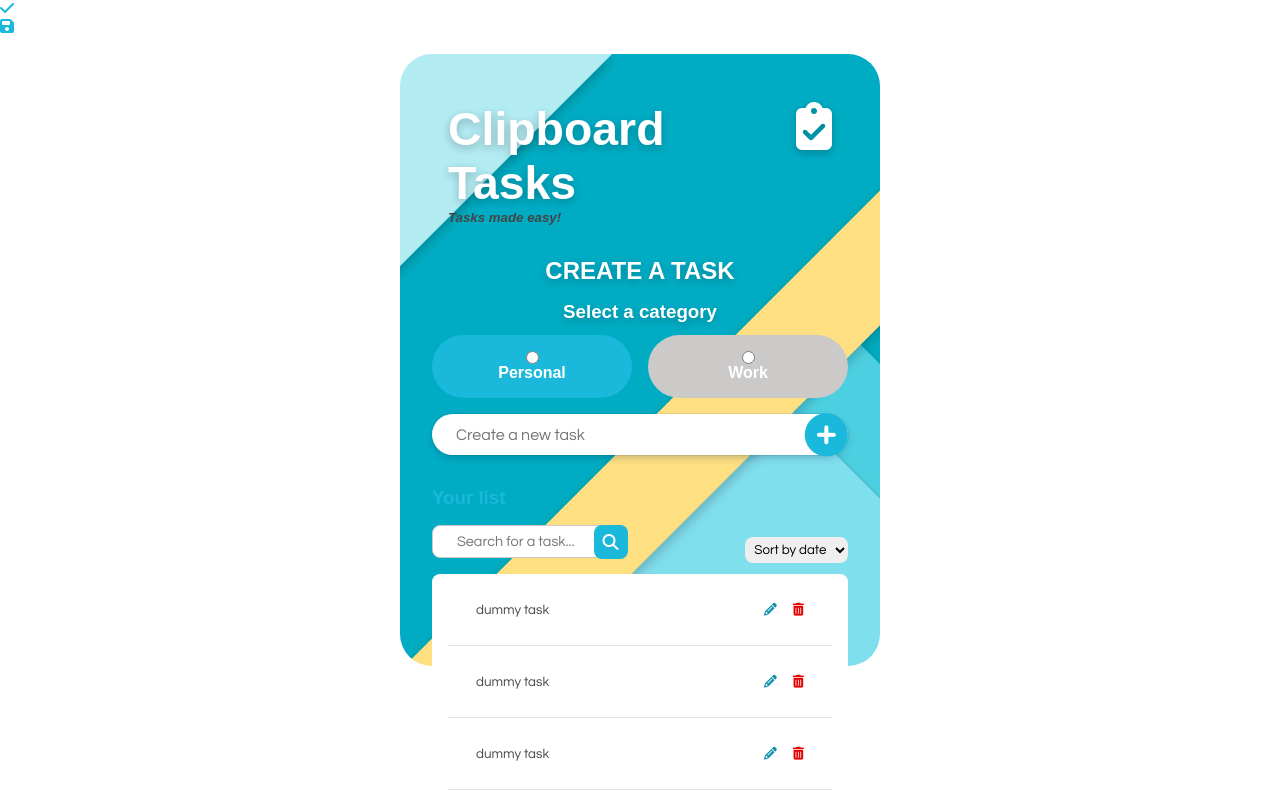
Repository: WesleyErasmus/Todo-App
Page: todoApp.html
These files come from the project's save history. The page is drawn as it stood at one moment and after the next save; the edit follows.
The browser window is 1280 px wide. The pictures show the whole page.
Some web fonts or font styles are not loaded; a fallback is used. Some web libraries are served in a nearby version.

Above is the page before, as saved 2022-06-12 16:14:43.

### todoApp.html
<!DOCTYPE html>
<html lang="en">
<head>
    <meta charset="UTF-8">
    <meta http-equiv="X-UA-Compatible" content="IE=edge">
    <meta name="viewport" content="width=device-width, initial-scale=1.0">
    <title>Todo App</title>
    <script src="https://kit.fontawesome.com/81ea498f91.js" crossorigin="anonymous"></script>
    <link rel="stylesheet" href="/source/css/todoApp.css">
    <script src="/source/script/todoApp.js" defer></script>
</head>
<body>
    <!-- App wrapper -->
    <main class="app-wrapper">
        <!-- App header -->
        <header>
            <div>
            <h1 class="slogan">Clipboard Tasks</h1>
            <h5 class="slogan-2"><em>Tasks made easy!</em></h5>
            </div>
            <div id="jumbotron-logo"><i class="fa-solid fa-clipboard-check fa-3x"></i></div>
        </header>

        <h2 id="create-task-heading">CREATE A TASK</h2>

        <!-- Categories section -->
        <section>
        <form id="todo-list-form">
            <h3 class="category-heading">Select a category</h3>
            <div class="category-selectors">
                <!-- Personal category (make to assign as default, unless user selects work category) -->
                <label id="personal-label-btn">
                    <input type="radio" name="category" value="Personal" id="personal-category" />
                    <div>Personal</div>
                </label>
                <!-- Work category -->
                <label id="work-label-btn">
                    <input type="radio" name="category" value="Work" id="work-category" />
                    <div>Work</div>
                </label>
            </div> <!-- End of radio categories div -->
            <div class="create-submit">
            <input type="text" name="create-task" id="create-task" placeholder="Create a new task" />
            <button id="task-submit-btn" type="submit" value="create-new-task">
                <i class="fa-solid fa-circle-plus"></i>
            </button>
        </div>
        </form>
        </section>

        <!-- Task list is created here, new tasks are outputted below -->
        <section class="todo-list-output">
            <div id="list-header">
            <h3>Your list</h3>
            </div>
            <!-- SEARCH BAR -->
            <div id="search-filter-section">
                <form id="search-bar">
                <input type="text"
                id="search-bar"
                placeholder="Search for a task...">
                <button type="submit"><i class="fa fa-search"
                id="search-submit-btn"></i></button>
                </form>
                <!-- Classic filter dropdown -->
                <div>
                    <select name="filter" id="filter">
                    <option value="Date">Sort by date</option>
                    <option value="Name">Sort by title</option>
                    </select>
                    <!-- <i class="fa-solid fa-arrow-down-wide-short"></i> -->
                </div>

                </div>
            <!-- Actual task list output -->
            <div class="tasks" id="tasks">

                <div class="dummy-task">

                    <div class="task-name">
                        <input type="text"
                        class="text"
                        value="dummy task"
                        readonly>
                        <div class="edit-delete">
                            <button class="edit"><i class="fa-solid fa-pencil"></i></button>
                            <button class="delete"><i class="fa fa-trash" aria-hidden="true"></i></button>
                        </div>
                    </div>
                </div>

                <div class="dummy-task">

                    <div class="task-name">
                        <input type="text"
                        class="text"
                        value="dummy task"
                        readonly>
                        <div class="edit-delete">
                            <button class="edit"><i class="fa-solid fa-pencil"></i></button>
                            <button class="delete"><i class="fa fa-trash" aria-hidden="true"></i></button>
                        </div>
                    </div>
                </div>

                <div class="dummy-task">

                    <div class="task-name">
                        <input type="text"
                        class="text"
                        value="dummy task"
                        readonly>
                        <div class="edit-delete">
                            <button class="edit"><i class="fa-solid fa-pencil"></i></button>
                            <button class="delete"><i class="fa fa-trash" aria-hidden="true"></i></button>
                        </div>
                    </div>
                </div>

            </div>

        </section>

    </main> <!-- End of App wrapper -->
        <!-- Save icon and task complete icon -->
                <li><i class="fa-solid fa-check"></i></li>
                <li><i class="fa-solid fa-floppy-disk"></i></li>

</body>
</html>

### source/css/todoApp.css
@import url('https://fonts.googleapis.com/css2?family=Lexend+Tera:wght@100&family=Questrial&display=swap');


/* CSS Variables */
:root {
    --background-color: #fff;
    --primary: #1AB8DB;
    --secondary: #1593AF;
    --delete: #E50000;
    --grey: #ccc9c9;
    --dark-grey: #444444;

    --text-shadows: text-shadow: rgba(0, 0, 0, 0.24) 0px 3px 8px;
    --box-shadows: box-shadow: rgba(9, 30, 66, 0.25) 0px 4px 8px -2px, rgba(9, 30, 66, 0.08) 0px 0px 0px 1px;

    /* add linear gradients */
}

/* Universal selector styling */
* {
    box-sizing: border-box;
    margin: 0;
    padding: 0;
    font-family: 'Lexend Tera', sans-serif;
    list-style: none;
}

/* Below will remove input and checkbox default styling */
input:not([type="radio"]):not([type="checkbox"]), button {
	appearance: none;
	border: none;
	outline: none;
	background: none;
	cursor: initial;
}

/* *** UNIVERSAL BUTTON STYLING *** */
button {
	appearance: none;
	border: none;
	outline: none;
	background: none;
	cursor: initial;
    cursor: pointer;
}

body {
    background-color: var(--background-color);
    color: var(--primary);
}

main {
    padding-top: 2rem;
    background-color: var(--secondary);
    background-image: url(/images/bg-1.jpg);
    background-size: cover;
    background-position: center;
    background-repeat: no-repeat;
    border-radius: 2rem;
    padding-left: 2rem;
    padding-right: 2rem;
    flex: 1 1 0%;
    align-items: center;
    justify-content: center;
    max-width: 480px;
    height: 85vh;
    width: 100%;
    position: absolute;
    top: 50%;
    left: 50%;
    margin-right: -50%;
    transform: translate(-50%, -50%)
}

section {
    margin-top: 1rem;
    margin-bottom: 2rem;
}

header {
    display: flex;
    justify-content: space-between;
    padding: 1rem;
    border-radius: 1rem;
    /* add gradient color to font and logo */
}
.slogan {
    color: #fff;
    font-family: 'Lexend Tera', sans-serif;
    font-size: 2.9rem;
    text-shadow: rgba(0, 0, 0, 0.24) 0px 3px 8px;
    /* -webkit-background-clip: text;
    -webkit-text-fill-color: transparent; */
}
.slogan-2 {
    color: #444444;
}

#jumbotron-logo {
    color: #fff;
    text-shadow: rgba(0, 0, 0, 0.24) 0px 3px 8px;
}
/* create task H3 styling*/
#create-task-heading {
    color: var(--background-color);
    margin-top: 1rem;
    text-align: center;
    text-shadow: rgba(0, 0, 0, 0.24) 0px 3px 8px;
}
/* Select category h2 styling */
.category-heading {
    color: var(--background-color);
    text-align: center;
    margin-bottom: 0.75rem;
    text-shadow: rgba(0, 0, 0, 0.24) 0px 3px 8px;
}

/* Work / personal category selector styling */
.category-selectors {
    display: grid;
    grid-template-columns: repeat(2, 1fr);
    grid-gap: 1rem;
    margin-bottom: 1rem;
}

label {
    font-family: 'Karla', sans-serif;
    font-weight: 590;
}

.category-selectors label{
    display: flex;
    flex-direction: column;
    justify-content: center;
    align-items: center;
    background-color: var(--primary);
    padding: 1rem 2rem;
    border-radius: 999999px;
    color: #fff;
    box-shadow: var(--box-shadows);
}

/* change the below id to #work-category-btn */
#work-label-btn {
    font-family: 'Karla', sans-serif;
    background-color: var(--grey);
}

#create-task {
    font-family: 'Questrial', sans-serif;
	display: block;
	width: 100%;
	font-size: 1rem;
	padding: 0.79rem 1.5rem;
    padding-right: 0rem;
	color: var(--dark-grey);
	background-color: var(--background-color);
    box-shadow: rgba(9, 30, 66, 0.25) 0px 4px 8px -2px, rgba(9, 30, 66, 0.08) 0px 0px 0px 1px;
    border-radius: 9999px;

}

/* change to task add btn */
#task-submit-btn{
    position: absolute;
    display: block;
    right: 0rem;
    bottom: -0.5px;
    border: none;
    background-color: transparent;
    color: var(--primary);
}

.fa-circle-plus {
    font-size: 2.7rem;
}

/* add gradient color to fa-logo */

.create-submit {
    position: relative;
    display: flex;
    justify-content: center;
    align-items: center;
    text-align: center;
    margin-top: 0.5rem;
}

.create-task {
    text-align: center;
}

#list-header {
width: 80%;
display: flex;
justify-content: space-between;
margin-bottom: 1rem;
}

#search-filter-section {
    display: flex;
    margin: 0 auto;
    justify-content: space-between;
    margin-top: 1rem;
    text-align: center;
    align-items: center;
}

#search-bar {
    position: relative;
    display: flex;
    justify-content: center;
    align-items: center;
    width: 47%;
}

#search-bar input{
    font-family: 'Questrial', sans-serif;
	display: block;
	width: 100%;
	font-size: 0.9rem;
	padding: 0.50rem 1.5rem;
    padding-right: 0rem;
	color: var(--dark-grey);
	background-color: var(--background-color);
    border: 0.1px solid var(--grey);
    border-radius: 0.5rem;
    margin-bottom: 1rem;
}

#search-submit-btn {
    position: absolute;
    display: block;
    right: 0rem;
    top: 0;
    background-color: var(--primary);
    border-top-left-radius: 0.5rem;
    border-bottom-left-radius: 0.5rem;
    border-top-right-radius: 0.5rem;
    border-bottom-right-radius: 0.5rem;
    padding: 0.56rem;
    color: #fff;
}

/* Font-awesome search icon styling */
.fa-search {
    font-size: 1rem;
    color: var(--primary);
}

/* Filter styling */
.filter {
    font-family: 'Questrial', sans-serif;
    font-size: 1.1rem;
    font-weight: 500;
    color: var(--secondary);
    text-shadow: var(--text-shadows);
}

.fa-arrow-down-wide-short {
    color: var(--primary);
}

select {
    margin-left: 0.3rem;
    padding: 0.3rem;
    border: none;
    outline: 0;
    /* border: 1px var(--grey) solid; */
    border-radius: 0.5rem;
    font-family: 'Questrial', sans-serif;
    box-shadow: var(--box-shadows);
}
option {
    font-family: 'Questrial', sans-serif;
}

#tasks {
    border-radius: 0.5rem;
    background-color: #fff;
}

#tasks .task-name {
    display: flex;
    justify-content: space-between;
    background-color: var(--background-color);
    padding: 1.75rem;
    background-color: #fff;
    margin-bottom: 0rem;
    margin: 0 1rem;
    border-bottom: 0.01px solid rgba(229, 225, 225, 0.919);
}

.dummy-task .task-name {
    flex: 1 1 0%;
}

.dummy-task .task-name .text {
    color: var(--dark-grey);
    font-family: 'Questrial', sans-serif;
    width: 100%;
    display: block;
    transition: 0.4s;
}

.dummy-task .edit-delete {
    display: flex;
    margin: 0 -0.5rem;

}

/* Edit button styling */

.fa-pencil {
    color: var(--secondary);
}

.fa-trash {
    color: var(--delete);
}

.dummy-task .edit-delete button {
    cursor: pointer;
    margin: 0 0.5rem;
    font-size: 0.8rem;
    font-weight: 700;
    text-transform: uppercase;
    transition: 0.4s;
}

### source/script/todoApp.js
// *** FILTER BTN SCRIPT ***

/* When the user clicks on the button,
toggle between hiding and showing the dropdown content */
// function myFunction() {
//     document.getElementById("myDropdown").classList.toggle("show");
//   }

//   // Close the dropdown if the user clicks outside of it
//   window.onclick = function(event) {
//     if (!event.target.matches('.dropbtn')) {
//       var dropdowns = document.getElementsByClassName("dropdown-content");
//       var i;
//       for (i = 0; i < dropdowns.length; i++) {
//         var openDropdown = dropdowns[i];
//         if (openDropdown.classList.contains('show')) {
//           openDropdown.classList.remove('show');
//         }
//       }
//     }
//   }
//   *** END OF FILTER BUTTON ***

After the next save:
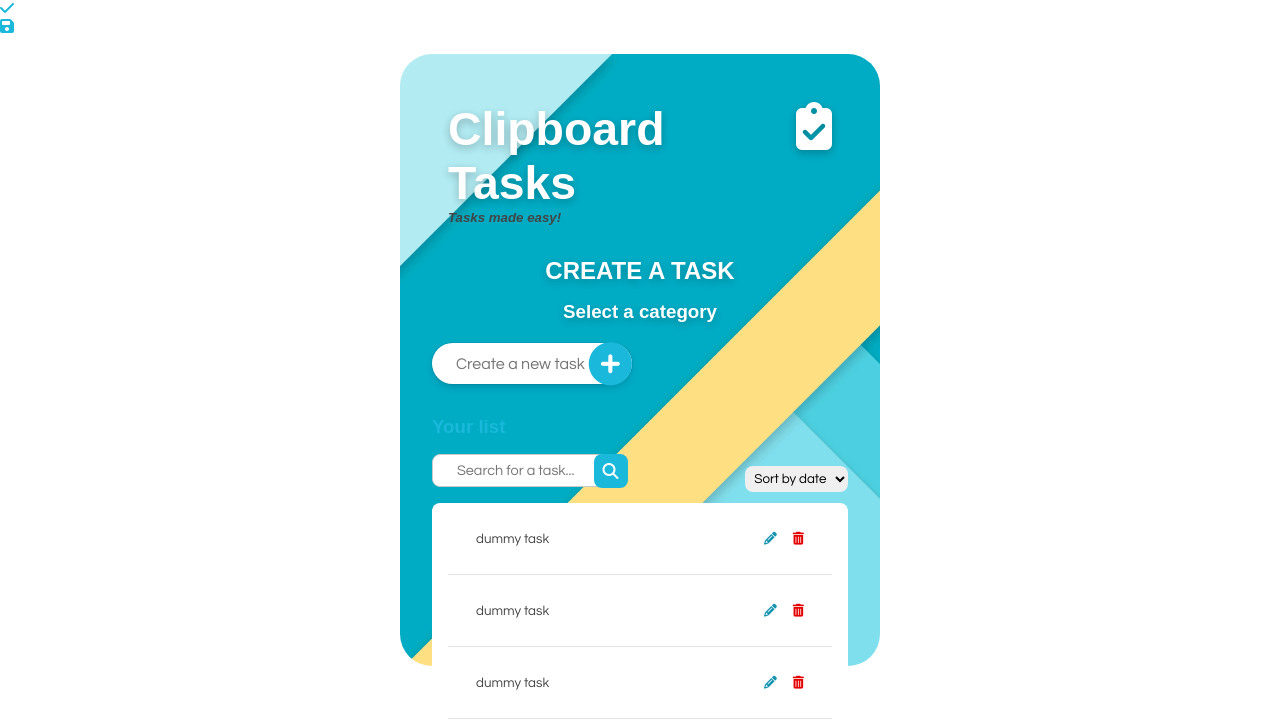
Saved 8 min 56 s later.
--- a/todoApp.html
+++ b/todoApp.html
@@ -29,16 +29,17 @@
             <h3 class="category-heading">Select a category</h3>
             <div class="category-selectors">
                 <!-- Personal category (make to assign as default, unless user selects work category) -->
-                <label id="personal-label-btn">
+                <!-- <label id="personal-label-btn">
                     <input type="radio" name="category" value="Personal" id="personal-category" />
                     <div>Personal</div>
-                </label>
+                </label> -->
                 <!-- Work category -->
-                <label id="work-label-btn">
+                <!-- <label id="work-label-btn">
                     <input type="radio" name="category" value="Work" id="work-category" />
                     <div>Work</div>
                 </label>
-            </div> <!-- End of radio categories div -->
+            </div> -->
+            <!-- End of radio categories div -->
             <div class="create-submit">
             <input type="text" name="create-task" id="create-task" placeholder="Create a new task" />
             <button id="task-submit-btn" type="submit" value="create-new-task">
